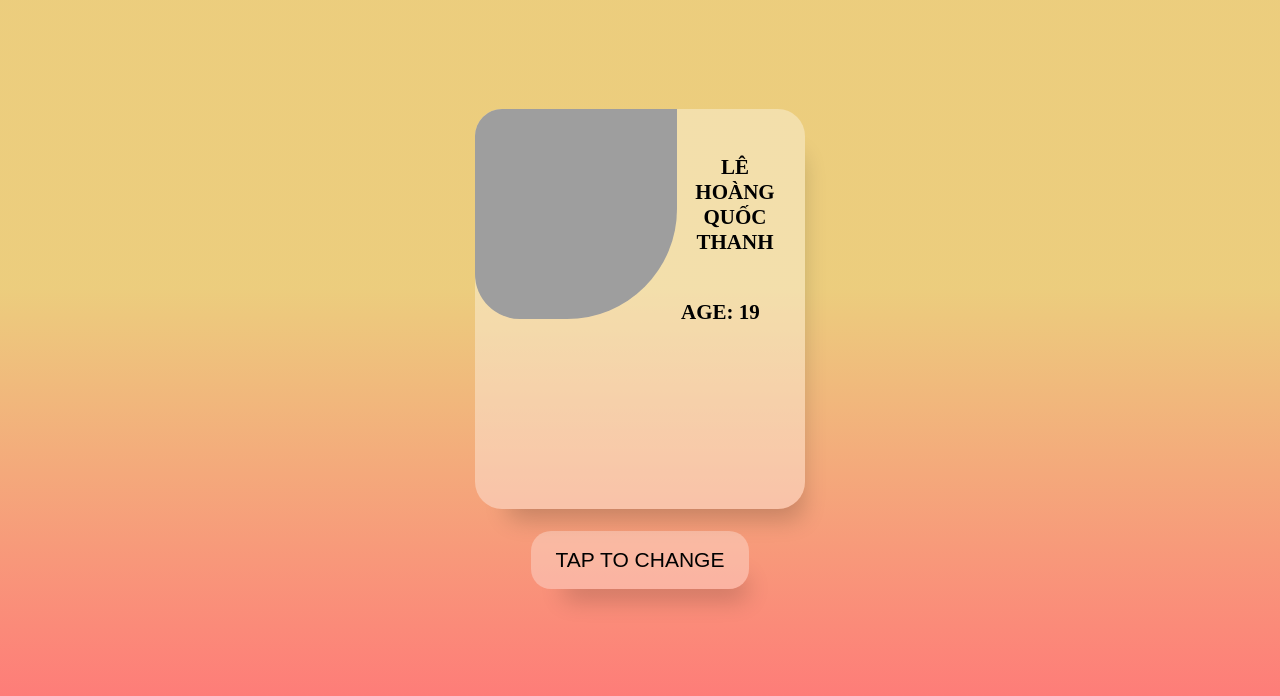
Repository: ThanhThn/profile
Page: index.html
These files come from the project's save history. The page is drawn as it stood at one moment and after the next save; the edit follows.
The browser window is 1280 px wide. The pictures show the whole page.
Pictures or frames that could not be fetched are drawn as grey boxes. Some web fonts or font styles are not loaded; a fallback is used.

Above is the page before, as saved 2022-12-05 19:59:42.

After the next save:
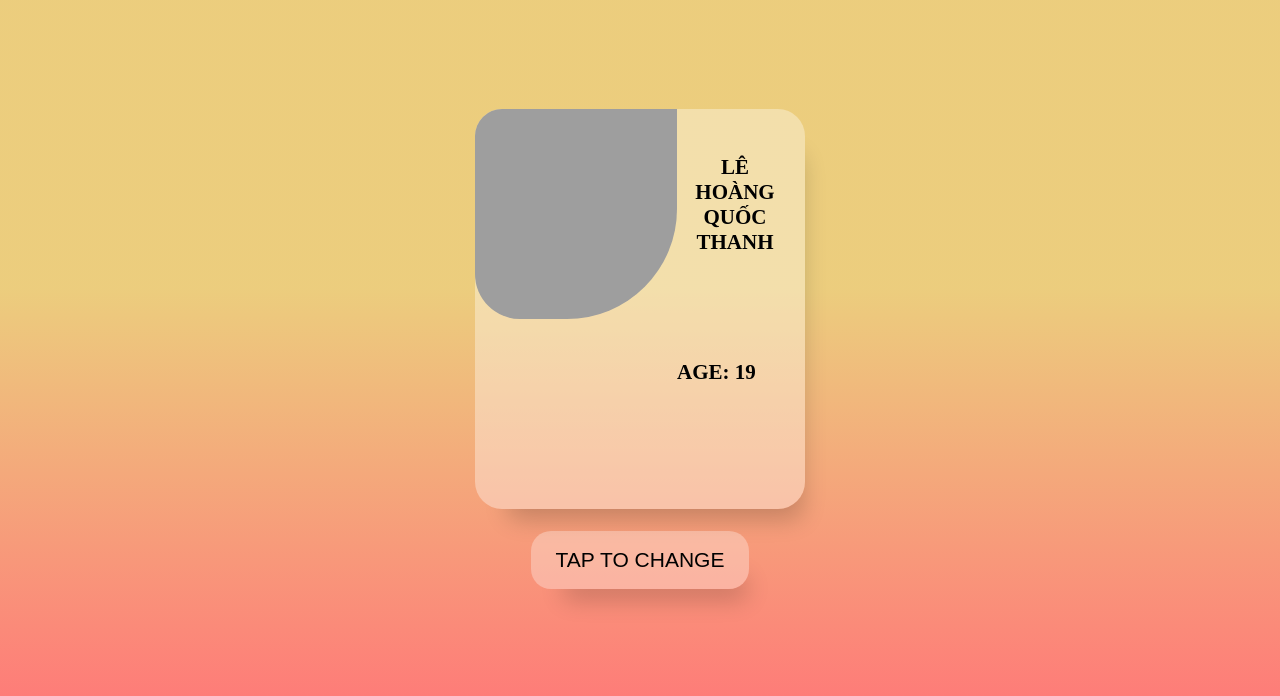
Saved 59 s later.
--- a/style.css
+++ b/style.css
@@ -49,6 +49,11 @@ span{
     left: 208px;
 }
 
+.content .age{
+    position: absolute;
+    top: 50%;
+}
+
 .btn{
     background: rgba(255, 255, 255, .3);
     width: 218px;
